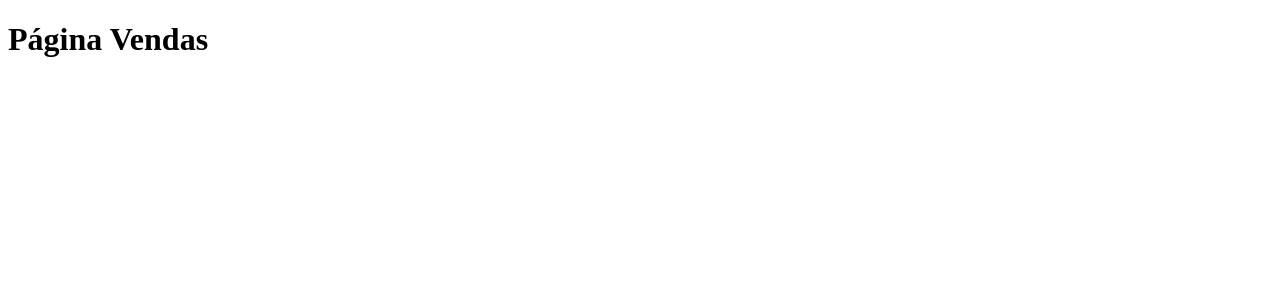
Repository: Lucasbeze/aulagithub-Devsuperior
Page: vendas.html
These files come from the project's save history. The page is drawn as it stood at one moment and after the next save; the edit follows.
The browser window is 1280 px wide. The pictures show the whole page.

Above is the page before, as saved 2022-09-05 11:34:26.

After the next save:
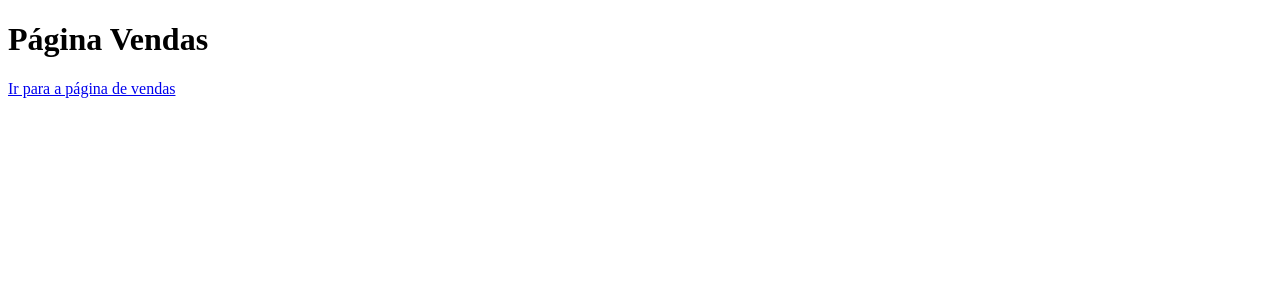
Saved 6 s later.
--- a/vendas.html
+++ b/vendas.html
@@ -8,5 +8,6 @@
 </head>
 <body>
   <h1>Página Vendas</h1>
+  <a href="vendas.html">Ir para a página de vendas</a>
 </body>
 </html>
